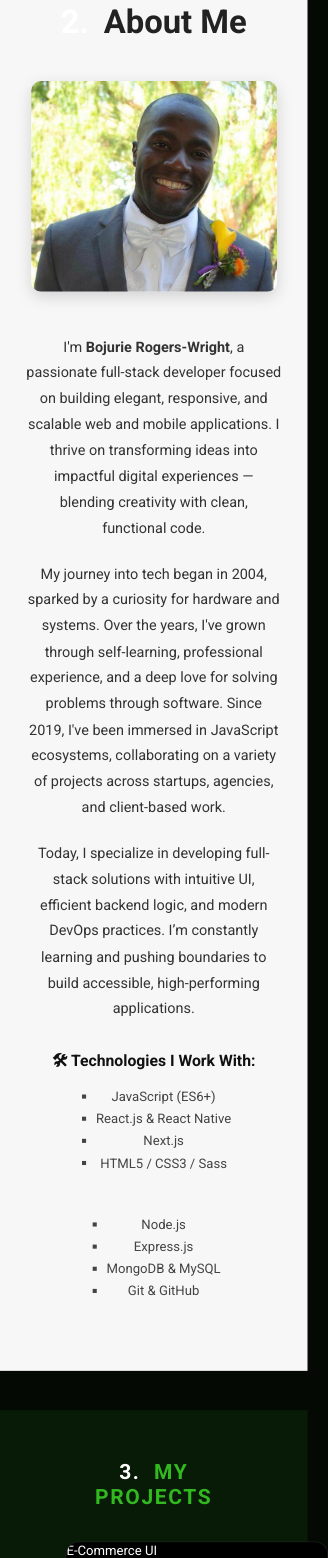
Repository: Bojurie/Portfolio_2022
Page: /
These files come from the project's save history. The page is drawn as it stood at one moment and after the next save; the edit follows.
The browser window is 375 px wide. The page is 400 px wide, so the pictures cover 400 px, including what lies to the right of the window. The pictures show the part of the page from y = 501 to 2401 px (the page is 6054 px tall), at 82% of full size.
Pictures or frames that could not be fetched are drawn as grey boxes. The project was rebuilt for these pictures with package versions that can differ from the ones it lists, and the page was loaded fresh each time. Also part of the build but not shown: src/component/pages/Resume.css, src/component/pages/Resume.js. Imported but missing from the stored project, and not drawn on this page: src/component/Resume.pdf, src/component/images/video.mp4, src/component/videos/Screen Recording 2022-04-01 at 8.22.57 PM.mov, src/component/videos/Screen Recording 2022-04-01 at 8.23.25 PM.mov, src/component/videos/Screen Recording 2022-04-01 at 8.25.20 PM.mov, src/component/videos/Screen Recording 2022-04-01 at 8.27.28 PM.mov, src/component/videos/Screen Recording 2022-04-01 at 8.28.35 PM.mov, src/component/videos/Screen Recording 2022-04-01 at 8.30.37 PM.mov and 3 more.

Above is the page before, as saved 2025-04-21 02:07:20.

### public/index.html
<!DOCTYPE html>
<html lang="en">
  <head>
    <meta charset="utf-8" />
    <link rel="icon" href="%PUBLIC_URL%/favicon.ico" />
    <meta name="viewport" content="width=device-width, initial-scale=1" />
    <meta name="theme-color" content="#000000" />
    <meta
      name="description"
      content="Web site created using create-react-app"
    />
    <link rel="apple-touch-icon" href="%PUBLIC_URL%/logo192.png" />


    <link rel="manifest" href="%PUBLIC_URL%/manifest.json" />
    <!--
      Notice the use of %PUBLIC_URL% in the tags above.
      It will be replaced with the URL of the `public` folder during the build.
      Only files inside the `public` folder can be referenced from the HTML.

      Unlike "/favicon.ico" or "favicon.ico", "%PUBLIC_URL%/favicon.ico" will
      work correctly both with client-side routing and a non-root public URL.
      Learn how to configure a non-root public URL by running `npm run build`.
    -->
    <title>Bojurie Rogers-Wright | | Tech</title>
     <link rel="shortcut icon" href="%PUBLIC_URL%/favicon.ico">
    <link rel="apple-touch-icon" sizes="180x180" href="/apple-touch-icon.png">
    <link rel="icon" type="image/png" sizes="32x32" href="/favicon-32x32.png">
    <link rel="icon" type="image/png" sizes="16x16" href="/favicon-16x16.png">
    <link rel="manifest" href="/site.webmanifest">


    <link rel="preconnect" href="https://fonts.googleapis.com">
    <link rel="preconnect" href="https://fonts.gstatic.com" crossorigin>
    <link href="https://fonts.googleapis.com/css2?family=Montserrat:ital,wght@0,100;0,200;0,300;0,400;0,500;0,600;0,700;0,800;0,900;1,100;1,200;1,300;1,400;1,500;1,600;1,700;1,800;1,900&family=Roboto:ital,wght@0,300;0,400;0,500;0,700;1,300&display=swap" rel="stylesheet">
  </head>
  <body>
    <noscript>You need to enable JavaScript to run this app.</noscript>
    <div id="root"></div>

   <script>

   </script>
  </body>
</html>

### src/index.js
import React from 'react';
import ReactDOM from 'react-dom';
import App from './App'

ReactDOM.render(
  <React.StrictMode>
      <App />
  </React.StrictMode>,
  document.getElementById("root"))

### src/App.js
import React from "react";
import { BrowserRouter as Router, Routes, Route } from "react-router-dom";
import { AnimatePresence, motion } from "framer-motion";

import Home from "./component/pages/Home";
import About from "./component/pages/About";
import Project from "./component/pages/Project";
import Contact from "./component/pages/Contact";
import Resume from "./component/pages/Resume";
import Header from "./component/Header";
import Footer from "./component/pages/Footer";
import "./App.css";

const App = () => {
  return (
    <Router>
      <div className="app">
        <Header />
        <AnimatePresence mode="wait">
          <Routes>
            <Route
              path="/"
              element={
                <motion.div
                  initial={{ opacity: 0 }}
                  animate={{ opacity: 1 }}
                  exit={{ opacity: 0 }}
                >
                  <Home />
                </motion.div>
              }
            />
            <Route
              path="/about"
              element={
                <motion.div
                  initial={{ opacity: 0 }}
                  animate={{ opacity: 1 }}
                  exit={{ opacity: 0 }}
                >
                  <About />
                </motion.div>
              }
            />
            <Route
              path="/project"
              element={
                <motion.div
                  initial={{ opacity: 0 }}
                  animate={{ opacity: 1 }}
                  exit={{ opacity: 0 }}
                >
                  <Project />
                </motion.div>
              }
            />
            <Route
              path="/contact"
              element={
                <motion.div
                  initial={{ opacity: 0 }}
                  animate={{ opacity: 1 }}
                  exit={{ opacity: 0 }}
                >
                  <Contact />
                </motion.div>
              }
            />
            <Route
              path="/resume"
              element={
                <motion.div
                  initial={{ opacity: 0 }}
                  animate={{ opacity: 1 }}
                  exit={{ opacity: 0 }}
                >
                  <Resume />
                </motion.div>
              }
            />
          </Routes>
        </AnimatePresence>
        <Footer />
      </div>
    </Router>
  );
};

export default App;

### src/component/pages/Home.js
import React from "react";
import Hero from "../Hero";
import About from "./About";
import Project from "./Project";
import Contact from "./Contact";
import "./Home.css";

const Home = () => {
  return (
    <main className="home">
      <Hero />
      <About />
      <Project />
      <Contact />
    </main>
  );
};

export default Home;

### src/component/pages/About.js
import React from "react";
import "./About.css";
import image from "../images/IMG_0699-2.jpg";

const About = () => {
  return (
    <section className="about-section" id="about">
      <div className="about-container">
        <h2 className="about-title">
          <span className="highlighted">2.</span> About Me
        </h2>

        <div className="about-content">
          <div className="about-image">
            <img src={image} alt="Bojurie Rogers-Wright" />
          </div>

          <div className="about-text">
            <p>
              I'm <strong>Bojurie Rogers-Wright</strong>, a passionate
              full-stack developer focused on building elegant, responsive, and
              scalable web and mobile applications. I thrive on transforming
              ideas into impactful digital experiences — blending creativity
              with clean, functional code.
            </p>

            <p>
              My journey into tech began in 2004, sparked by a curiosity for
              hardware and systems. Over the years, I've grown through
              self-learning, professional experience, and a deep love for
              solving problems through software. Since 2019, I've been immersed
              in JavaScript ecosystems, collaborating on a variety of projects
              across startups, agencies, and client-based work.
            </p>

            <p>
              Today, I specialize in developing full-stack solutions with
              intuitive UI, efficient backend logic, and modern DevOps
              practices. I’m constantly learning and pushing boundaries to build
              accessible, high-performing applications.
            </p>

            <h3 className="skills-heading">🛠 Technologies I Work With:</h3>

            <div className="about-skills">
              <ul>
                <li>JavaScript (ES6+)</li>
                <li>React.js & React Native</li>
                <li>Next.js</li>
                <li>HTML5 / CSS3 / Sass</li>
              </ul>
              <ul>
                <li>Node.js</li>
                <li>Express.js</li>
                <li>MongoDB & MySQL</li>
                <li>Git & GitHub</li>
              </ul>
            </div>
          </div>
        </div>
      </div>
    </section>
  );
};

export default About;

### src/component/pages/Contact.js
import React, {useState, useRef} from 'react';
import emailjs from '@emailjs/browser';
import Button from '../Button';
import './Contact.css';


const Contact = () => {
const form = useRef();

const sendEmail = (e) =>{
  e.preventDefault();

    emailjs.sendForm('service_sgy2c6a', 'template_hlu2f0r', e.target, 'user_ekwueKu8ixfoPD5a4qf2n')
      .then((result) => {
          console.log(result.text);
      }, (error) => {
          console.log(error.text);
      });

    setSubmitted(true)
    e.target.reset();
}


  const [submitted, setSubmitted ] = useState(false);

  return (
    <section className='contact'>
      <div className='container'>
        <div className='contact-header'>
            <h1><span className='span'>4.</span> Contact</h1>
        </div>
        <div>
          <div className='message-wrapper'>
              <div className='message-heading'>
                <h2>Send Me a Message</h2>
                <p>
                  Got a question or wanted to say Hi, feel free to reach out.</p>
              </div>
              <form useRef={form} className='form' onSubmit={sendEmail}>
                {submitted  ?  <div className='success-message'>Success! Thank you for contacting us.</div> : null}
                <div className='form-info'>

                  <div className='form-info-top'>
                    <div className='name'>
                      <label>Your Name</label>
                      <input type='text' name='name' />

                    </div>

                    <div className='email'>
                      <label>Email Address</label>
                      <input type='email' name='email' />

                    </div>
                  </div>

                  <div className='message' >
                      <label>Your Message</label>
                      <textarea type='text' name='message'/>
                  </div>

                </div>


                <Button type='submit' value='send' className='form-field-button'>
                Say Hello
               </Button>
                {/* <input className='form-field-button' type="submit" value="Send Message"  title/> */}
              </form>


          </div>
        </div>

      </div>
    </section>
  )
}

export default Contact

### src/component/Header.js
import React from "react";
import Navbar from "./Navbar";
import "./Header.css";

const Header = () => {
  return (
    <header className="header">
      <Navbar />
    </header>
  );
};

export default Header;

### src/component/pages/Footer.js
import React from 'react'
// import Copyright from '../../Copyright';
import SocialFollow from '../../SocialFollow';

import './Footer.css'

const Footer = () => {
  return (
    <>
      <div className='footer'>
        <div className='container'>
          <div className='footer-wrapper'>
              <div>
                <SocialFollow />
              </div>
              {/* <Copyright /> */}
          </div>
        </div>
      </div>
    </>
  )
}

export default Footer

### src/App.css
* {
  margin: 0;
  padding: 0;
  box-sizing: border-box;
}

body {
  font-family: 'Roboto', sans-serif;
  background-color: rgb(4, 10, 3);
}

.container {
  padding: 0 60px;
}

h1 {
  text-transform: uppercase;
  letter-spacing: 2px;
  font-size: 30px;
  text-align: center;
}

/* hr {
  width: 140px;
  background-color: black;
} */

.navBar {
  position: relative;
}

.navBar button {
  position: fixed;
  left: 40px;
  top: 40px;
  z-index: 10;
  cursor: pointer;
}

.menuNav {
  overflow-y: scroll;
  list-style: none;
  position: fixed;
  top: 0;
  background-image: linear-gradient(rgb(8, 27, 6), rgb(50, 185, 32));
  left: 0;
  bottom: 0;
  height: 100vh;
  width: 0;
  overflow: hidden;
  max-width: 290px;
  z-index: 9;
}

.menuNav.showMenu {
  width: 100%;
}

a {
  display: flex;
  padding: 30px;
  text-decoration: none;
  text-transform: uppercase;
  font-weight: bold;
}

.menuNav li:first-child {
  margin-top: 7rem;
}

@media screen and (max-width: 414px) {}

### src/component/Hero.js
import React from "react";
import "./Hero.css";
import backgroundVideo from "./images/video.mp4";
import Button from "./Button";

const Hero = () => {
  return (
    <section className="hero-container">
      <div className="hero-overlay">
        <video autoPlay loop muted playsInline className="hero-video">
          <source src={backgroundVideo} type="video/mp4" />
          Your browser does not support the video tag.
        </video>
      </div>

      <div className="hero-content">
        <h3>Welcome to</h3>
        <h2>Bojurie's Code</h2>
        <p>
          Creating beautiful Web and Mobile applications with different
          functionalities while keeping the code clean.
        </p>
        <Button>View Code Work</Button>
      </div>
    </section>
  );
};

export default Hero;

### src/component/pages/Home.css
.home {
  scroll-behavior: smooth;
  /* background-color: #fff; */
  color: #000;
}

section {
  margin-bottom: 5rem;
}

@media screen and (max-width: 768px) {
  section {
    margin-bottom: 3rem;
  }
}

### src/component/pages/About.css
.about-section {
  background-color: #f7f7f7;
  padding: 5rem 2rem;
}

.about-container {
  max-width: 1200px;
  margin: 0 auto;
}

.about-title {
  font-size: 2.5rem;
  font-weight: 700;
  margin-bottom: 3rem;
  text-align: left;
  color: #222;
}

.highlighted {
  color: #32b920;
  margin-right: 0.5rem;
}

.about-content {
  display: flex;
  align-items: flex-start;
  gap: 3rem;
  flex-wrap: wrap;
}

.about-image img {
  max-width: 300px;
  width: 100%;
  border-radius: 12px;
  object-fit: cover;
  box-shadow: 0 6px 20px rgba(0, 0, 0, 0.15);
}

.about-text {
  flex: 1;
  min-width: 280px;
}

.about-text p {
  font-size: 1.1rem;
  line-height: 1.8;
  margin-bottom: 1.5rem;
  color: #333;
}

.skills-heading {
  font-size: 1.2rem;
  margin-top: 2rem;
  font-weight: 600;
  color: #111;
}

.about-skills {
  display: flex;
  gap: 3rem;
  flex-wrap: wrap;
  margin-top: 1rem;
}

.about-skills ul {
  list-style-type: square;
  padding-left: 1.5rem;
}

.about-skills li {
  font-size: 1rem;
  margin-bottom: 0.5rem;
  color: #444;
}

/* Responsive */
@media screen and (max-width: 768px) {
  .about-content {
    flex-direction: column;
    align-items: center;
    text-align: center;
  }

  .about-title {
    text-align: center;
  }

  .about-skills {
    justify-content: center;
  }
}

### src/component/pages/Project.css
/* Reset */
* {
  box-sizing: border-box;
  margin: 0;
  padding: 0;
}

.project {
  padding: 100px 40px;
  background-color: #081b06;
  color: white;
}

.container {
  max-width: 1440px;
  margin: 0 auto;
}

.project-heading {
  font-size: 2.5rem;
  text-align: center;
  margin-bottom: 4rem;
  text-transform: uppercase;
  letter-spacing: 2px;
  color: #32b920;
}

.highlighted {
  color: white;
  margin-right: 0.5rem;
}

.project-grid {
  display: grid;
  grid-template-columns: repeat(auto-fit, minmax(320px, 1fr));
  gap: 2rem;
  padding: 0 20px;
}

.project-box {
  position: relative;
  width: 100%;
  aspect-ratio: 16 / 9;
  overflow: hidden;
  border-radius: 16px;
  border: 1px solid rgba(255, 255, 255, 0.1);
  background-color: #000;
  cursor: pointer;
  transition: transform 0.3s ease, box-shadow 0.3s ease;
}

.project-box:hover {
  transform: scale(1.03);
  box-shadow: 0 0 15px rgba(50, 185, 32, 0.2);
}

.project-img {
  width: 100%;
  height: 100%;
  object-fit: cover;
  display: none;
}

.project-video {
  width: 100%;
  height: 100%;
  object-fit: cover;
  display: block;
  transition: filter 0.3s ease;
  border-radius: 16px;
}

.project-box:hover .project-video {
  filter: brightness(1.05);
}

/* Tablet */
@media screen and (max-width: 992px) {
  .project-heading {
    font-size: 2rem;
  }

  .project-grid {
    gap: 1.5rem;
  }
}

/* Mobile */
@media screen and (max-width: 576px) {
  .project {
    padding: 60px 20px;
  }

  .project-heading {
    font-size: 1.6rem;
    margin-bottom: 2.5rem;
  }

  .project-grid {
    padding: 0;
  }

  .project-box {
    aspect-ratio: 4 / 3;
  }
}

### src/component/Button.js
import React from 'react'
import './Button.css';

const Button = ({children,type, onClick}) => {
  return (
    <div className='button'>
        <button onClick={onClick} type={type}>
          {children}
        </button>
    </div>
  )
}

export default Button

### src/component/pages/Contact.css
.contact {
  background-color: rgb(50, 185, 32);
  padding: 100px;
}

.contact-header h1 {
  text-align: left;
}

.message-wrapper {
  text-align: center;
}

span {
  /* color: red; */
  margin: auto;
}

/* .form-field-button {
  display: flex;
} */

.message-heading h2 {
  font-size: 60px;
  padding: 80px 0 25px;
}

.message-heading p {
  font-size: 1.3rem;
  line-height: 2em;
}

.form-info-top {
  display: flex;
  justify-content: space-around;


}

.name {
  display: flex;
  padding: 30px 0;
}

.name label {
  text-align: center;
  margin: auto;
  padding: 0 10px;
}

.name input {
  width: 300px;
}

/* input textarea {
  background-color: rgb(50, 185, 32);
  border-bottom: 1px solid black;
} */

.name input {
  padding: 13px;
  /* text-align: left; */
  background-color: rgb(50, 185, 32);
  border: 1px solid rgb(50, 185, 32);
  border-bottom: 1px solid rgb(2, 5, 1);
  ;


}

.email {
  display: flex;
  padding: 30px 0;

}

.email label {
  text-align: left;
  margin: auto;
  padding: 0 10px;

}

.email input {
  background-color: rgb(50, 185, 32);
  border: 1px solid rgb(50, 185, 32);
  border-bottom: 1px solid rgb(2, 5, 1);
  width: 300px;
}

.message {
  display: flex;
  text-align: left;
  padding: 45px 0;
  justify-content: center;
}

.message label {
  padding: 0 10px;
  display: flex;
  align-items: center;
}

.message textarea {
  height: 4rem;
  font-size: 20px;
  padding: 5px;
  background-color: rgb(50, 185, 32);
  border: 1px solid rgb(50, 185, 32);
  border-bottom: 1px solid black;
  color: black;
  width: 800px;

}

@media screen and (max-width: 820px) {
  .message-heading h2 {
    font-size: 45px;
  }
}




@media screen and (max-width: 414px) {
  .form {
    /* display: flex; */
    justify-content: center;
  }

  .contact {
    padding: 50px;
  }

  .form-info-top {
    display: grid;
    justify-content: flex-start;
  }

  .name {
    display: grid;
  }

  input {
    width: 25;
  }

  .email {
    display: grid;
  }

  /* .email input {
    width: auto;
  } */

  .message {
    display: grid;
  }

  .message textarea {
    width: 300px;
    height: 150px;
  }

  .message-heading h2 {
    font-size: 19px;
    text-transform: uppercase;
  }

  .message-heading p {
    font-size: 17px;
  }

  .name label {
    display: grid;
    text-align: center;
  }

  .name input {
    display: grid;
    /* text-align: center; */
  }

  .email label {
    display: grid;
    text-align: center;
  }

  .email input {
    display: grid;
    /* text-align: center; */
  }

  .message label {
    display: grid;
    text-align: center;
  }



  .form-info {
    display: flex;
    flex-direction: column;
    gap: 0;
    align-items: center;
  }

  input {
    padding: 12px 0;
  }

}

### src/component/Header.css
.header {
  width: 100%;
  background-color: #000;
  padding: 10px 0;
  z-index: 1000;
  position: relative;
}

### src/SocialFollow.js
import React from "react";
import { FontAwesomeIcon } from "@fortawesome/react-fontawesome";
import {
  faFacebook,
  faInstagram,
  faGithub,
  faLinkedinIn
} from "@fortawesome/free-brands-svg-icons";
import './SocialFollow.css';

const SocialFollow = () => {
  return (
    <div class="social-container">
      <h3>Social Follow</h3>
      <a href="https://www.linkedin.com/in/bojurie-rogers-wright/"
        className="linkedin social" target='_blank' rel="noopener noreferrer">
        <FontAwesomeIcon icon={faLinkedinIn} size="2x" />
      </a>

       <a href="https://www.facebook.com/bojurie.rogers/"
        className="facebook social" target='_blank' rel="noopener noreferrer">
        <FontAwesomeIcon icon={faFacebook} size="2x" />
      </a>

      {/* <a href="https://www.twitter.com/jamesqquick" className="twitter social" target='_blank' rel="noopener noreferrer">
        <FontAwesomeIcon icon={faTwitter} size="2x" />
      </a> */}

      <a href="https://www.instagram.com/bwrightcodes/"
        className="instagram social" target='_blank' rel="noopener noreferrer">
        <FontAwesomeIcon icon={faInstagram} size="2x" />
      </a>
      <a href="https://github.com/Bojurie"
        className="github social" target='_blank' rel="noopener noreferrer">
        <FontAwesomeIcon icon={faGithub} size="2x" />
      </a>

    </div>
  );
}
export default SocialFollow;

### src/component/pages/Footer.css
.footer {
  background-color: rgba(18, 51, 15, 0.89);
  height: auto;
  text-align: center;
}

@media screen and (max-width: 414px) {}

### src/component/Hero.css
.hero-container {
  position: relative;
  width: 100%;
  /* height: 100vh; */
  display: flex;
  align-items: center;
  justify-content: center;
  overflow: hidden;
  color: white;
}

.hero-overlay {
  position: absolute;
  top: 0;
  left: 0;
  width: 100%;
  height: 100%;
  z-index: -1;
}

.hero-video {
  width: 100%;
  height: 100%;
  object-fit: cover;
  filter: brightness(0.5);
}

.hero-content {
  z-index: 1;
  max-width: 800px;
  padding: 2rem;
  text-align: center;
  background: rgba(0, 0, 0, 0.4);
  backdrop-filter: blur(6px);
  border-radius: 12px;
  animation: fadeIn 1.2s ease-in-out;
}

.hero-content h3 {
  font-size: 1.5rem;
  letter-spacing: 2px;
  margin-bottom: 0.5rem;
}

.hero-content h2 {
  font-size: 3rem;
  font-family: "Roboto", sans-serif;
  font-weight: 600;
  letter-spacing: 3px;
  margin-bottom: 1rem;
}

.hero-content p {
  font-size: 1.2rem;
  line-height: 1.6;
  margin-bottom: 2rem;
}

.hero-content button {
  padding: 0.8rem 2rem;
  font-size: 1rem;
  background-color: #32b920;
  color: white;
  border: none;
  border-radius: 6px;
  cursor: pointer;
  transition: all 0.3s ease;
}

.hero-content button:hover {
  background-color: #2a9f1a;
  transform: scale(1.05);
}

/* Animations */
@keyframes fadeIn {
  0% {
    opacity: 0;
    transform: translateY(30px);
  }
  100% {
    opacity: 1;
    transform: translateY(0);
  }
}

/* Tablet */
@media screen and (max-width: 768px) {
  .hero-content h2 {
    font-size: 2.2rem;
  }

  .hero-content p {
    font-size: 1.1rem;
  }

  .hero-content {
    padding: 1.5rem;
  }
}

/* Mobile */
@media screen and (max-width: 480px) {
  .hero-content h2 {
    font-size: 1.6rem;
  }

  .hero-content h3 {
    font-size: 1rem;
  }

  .hero-content p {
    font-size: 1rem;
  }

  .hero-content {
    width: 90%;
    padding: 1rem;
  }
}

### src/component/Button.css
button {
  padding: 15px 40px;
  font-size: 15px;
  border-radius: 10px;
  background-color: rgb(8, 27, 6);
  color: rgb(50, 185, 32);
  letter-spacing: 2px;
  text-transform: uppercase;
  border: 1px solid rgb(152, 207, 233);
}


@media screen and (max-width: 414px) {
  button {
    padding: 10px 20px;
    font-size: 13px;
  }
}

### src/component/Navbar.css
.Navbar {
  display: flex;
  justify-content: space-between;
  align-items: center;
  padding: 0 2rem;
  height: 100px;
  color: white;
  position: relative;
  background-color: #000;
}

.logo a {
  color: white;
  text-decoration: none;
  font-size: 1.8rem;
  font-weight: bold;
}

.menu-toggle {
  background: none;
  border: none;
  color: white;
  font-size: 2rem;
  cursor: pointer;
  display: none;
}

/* Desktop Menu */
.nav-links-desktop {
  display: flex;
  gap: 2rem;
  list-style: none;
}

.nav-links-desktop li a {
  text-decoration: none;
  color: white;
  font-weight: 600;
  font-size: 1rem;
  transition: color 0.3s ease;
}

.nav-links-desktop li a:hover {
  color: #32b920;
}

.resume a {
  border: 1px solid white;
  padding: 6px 12px;
  border-radius: 4px;
}

/* Mobile Menu */
.nav-links-mobile {
  list-style: none;
  display: flex;
  flex-direction: column;
  position: absolute;
  top: 100px;
  left: 0;
  width: 100%;
  background-color: #000;
  overflow: hidden;
  z-index: 10;
  padding: 1rem 0;
}

.nav-links-mobile li {
  padding: 1rem;
  text-align: center;
}

.nav-links-mobile li a {
  color: white;
  text-decoration: none;
  font-size: 1.2rem;
  font-weight: 500;
}

.nav-links-mobile li a:hover {
  color: #32b920;
}

/* Show Toggle & Hide Desktop Links on Mobile */
@media screen and (max-width: 768px) {
  .menu-toggle {
    display: block;
  }

  .nav-links-desktop {
    display: none;
  }
}

### src/SocialFollow.css
.social-container {
  padding: 25px 50px;
}

.social-container h3 {
  padding: 5px 0 15px;
  color: rgb(50, 185, 32);

}

a.social {
  margin: 0 1rem;
  transition: transform 250ms;
  display: inline-block;
}

a.social:hover {
  transform: translateY(-2px);
  color: white;
}


.social {
  color: rgb(50, 185, 32);
  width: 60px;
  height: auto;
}

@media screen and (max-width: 414px) {
  a.social {
    font-size: 14px;
    margin: 0;
  }

  .social-container {
    padding: 20px 0;
  }
}

Loaded but not shown: src/component/pages/Project.js (69 lines, source omitted); src/component/Navbar.js (93 lines, source omitted)

After the next save:
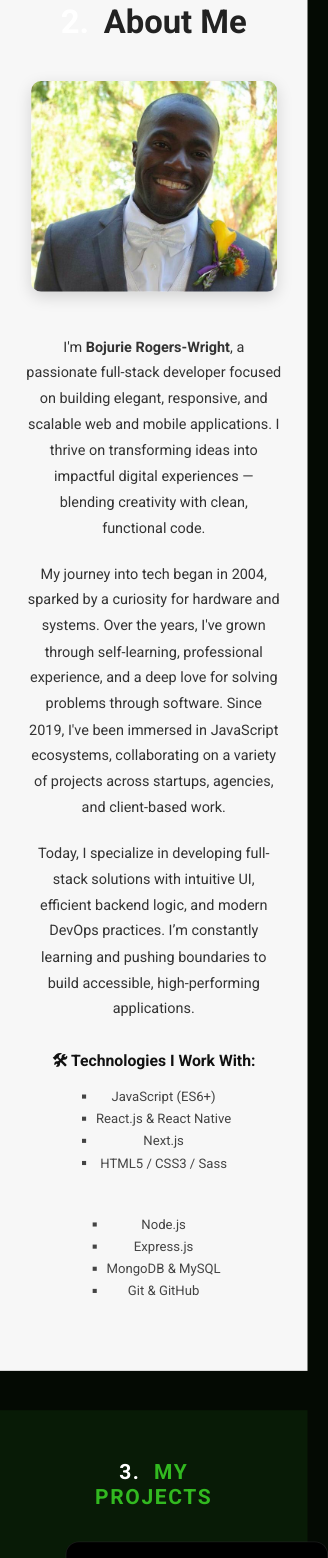
Saved 19 s later.
--- a/src/component/pages/Project.css
+++ b/src/component/pages/Project.css
@@ -1,10 +1,3 @@
-/* Reset */
-* {
-  box-sizing: border-box;
-  margin: 0;
-  padding: 0;
-}
-
 .project {
   padding: 100px 40px;
   background-color: #081b06;
@@ -43,10 +36,10 @@
   aspect-ratio: 16 / 9;
   overflow: hidden;
   border-radius: 16px;
+  background-color: #000;
+  transition: transform 0.3s ease, box-shadow 0.3s ease;
   border: 1px solid rgba(255, 255, 255, 0.1);
-  background-color: #000;
   cursor: pointer;
-  transition: transform 0.3s ease, box-shadow 0.3s ease;
 }
 
 .project-box:hover {
@@ -54,24 +47,30 @@
   box-shadow: 0 0 15px rgba(50, 185, 32, 0.2);
 }
 
-.project-img {
-  width: 100%;
-  height: 100%;
-  object-fit: cover;
-  display: none;
-}
-
 .project-video {
   width: 100%;
   height: 100%;
   object-fit: cover;
   display: block;
+  border-radius: 16px;
   transition: filter 0.3s ease;
-  border-radius: 16px;
 }
 
 .project-box:hover .project-video {
   filter: brightness(1.05);
+}
+
+.project-label {
+  position: absolute;
+  bottom: 10px;
+  left: 16px;
+  background-color: rgba(0, 0, 0, 0.6);
+  padding: 6px 12px;
+  font-size: 1rem;
+  font-weight: 500;
+  color: #fff;
+  border-radius: 8px;
+  z-index: 2;
 }
 
 /* Tablet */
@@ -103,4 +102,9 @@
   .project-box {
     aspect-ratio: 4 / 3;
   }
+
+  .project-label {
+    font-size: 0.85rem;
+    padding: 5px 10px;
+  }
 }
